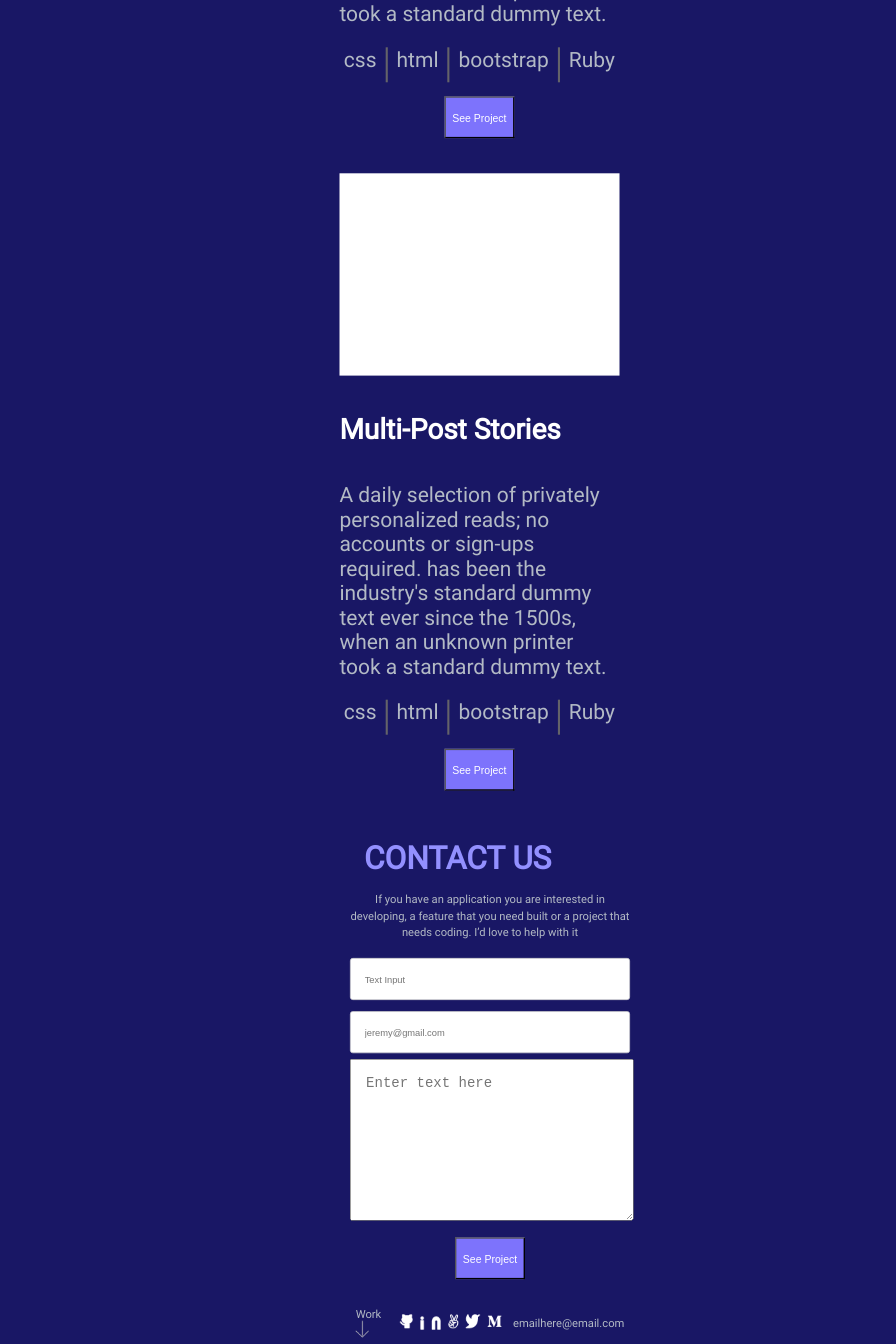
Repository: mustabbas/Portfolio
Page: index.html
These files come from the project's save history. The page is drawn as it stood at one moment and after the next save; the edit follows.
The browser window is 1280 px wide. The pictures show the part of the page from y = 3761 to 5681 px (the page is 5681 px tall), at 70% of full size.

Above is the page before, as saved 2021-08-17 21:15:11.

### index.html
<!DOCTYPE html>
<html lang="en">
<head>
    <meta charset="UTF-8">
    <meta name="viewport" content="width=device-width, initial-scale=1.0">
    <meta http-equiv="X-UA-Compatible" content="ie=edge">
    <link rel="stylesheet" href="style.css"/>
    <title>Mustafa Portfolio</title>
</head>
<body>
    <section class="container">
        <header class="header">
            <a href="#"><h2>Mustafa Abbas</h2></a>
            <nav class="humberger">
            <img  src="./assets/img/humberger.png" alt="humberger"/>
            <img  src="./assets/img/humberger.png" alt="humberger"/>
            <img  src="./assets/img/humberger.png" alt="humberger"/>
            </nav>
            <ul class="main-nav">
                <li><a href="#">Portoflio</a></li>
                <li><a href="#">About</a></li>
                <li><a href="#">Contact</a></li>
                <li ><a href="#"><img class="email-pic" src="./assets/img/Icon-Mail.png" alt="email"/></a></li >
            </ul>
        </header>
        <div class="head-wraper">
            <div class="title-wraper">
                <h1>Mustafa Abbas</h1>
                <h2>Software Developer</h2>
            </div>
        </div>
        <div class="box"><p>I can help you build a product , feature or website Look through some of my work and experience! If you like what you see and have a project you need coded,  don’t hestiate to contact me.</p></div>
        <div class="line"></div>
        <div class="skills">
        <ul>
            <li>Language</li>
            <li>Javascript</li>
            <li>Ruby</li>
            <li>Html</li>
            <li>Css</li>
        </ul>
        <ul>
            <li>Frameworks</li>
            <li>Ruby on Rails</li>
            <li>Bootstrap</li>
            <li>RSPec</li>
            <li>CapyBara</li>
        </ul>
        <ul>
            <li>Skills</li>
            <li>Codekit</li>
            <li>Github</li>
            <li>Codepen</li>
            <li>Gitlab</li>
        </ul>
      </div>
      <div class="line"></div>

    </section>
    <div class="footer-nav">
        <div class="vector-container">
            <ul>
                <li><img src="./assets/img/Vector-github.png" alt="Vector-github"/></li>
                <li>
                    <div class="linked-container">
                            <div>
                                    <img src="./assets/img/Vector-dot-linkedin.png" alt="Vector-dot-linkedin"/>
                                    <img src="./assets/img/Vector-line-linkedin.png" alt="Vector-line-linkedin"/>
                            </div>
                            <img id="vector2" src="./assets/img/Vector-n-linkedin.png" alt="Vector-n-linkedin"/>
                     </div>
                </li>
                <li> <img src="./assets/img/Vector.png" alt="Vector"/></li>
                <li><img src="./assets/img/Vector-twitter.png" alt="Vector-twitter"/></li>
                <li> <img src="./assets/img/Vector-M.png" alt="Vector-M"/></li>
            </ul>

         </div>
         <div class="work-container">
        <div class="arrow-container">
        <img src="./assets/img/Vector-line-arrow.png" alt="Vector-line-arrow"/>
        <img src="./assets/img/Vector-arrow.png" alt="Vector-arrow"/>
        </div>
        <span>Work</span>
        </div>
    </div>

    <section class="recent-work">
    <h3>My recent work</h3>
    <div class="line"></div>
    <div class="card">
       <img src="./assets/img/Placeholder.png" alt="Placeholder"/>
       <div class="card-body">
           <h4>Multi-Post Stories</h4>
           <p>A daily selection of privately personalized reads; no accounts or sign-ups required. has been the industry's standard dummy text ever since the 1500s, when an unknown printer took a standard dummy text.</p>
            <ul>
                <li>css</li>
                <li class="vertical-line"></li>
                <li>html</li>
                <li class="vertical-line"></li>
                <li>bootstrap</li>
                <li class="vertical-line"></li>
                <li>Ruby</li>
            </ul>
            <button class="button">See Project</button>
       </div>
    </div>
    <div class="card">
        <img src="./assets/img/Placeholder.png" alt="Placeholder"/>
        <div class="card-body">
            <h4>Multi-Post Stories</h4>
            <p>A daily selection of privately personalized reads; no accounts or sign-ups required. has been the industry's standard dummy text ever since the 1500s, when an unknown printer took a standard dummy text.</p>
             <ul>
                 <li>css</li>
                 <li class="vertical-line"></li>
                 <li>html</li>
                 <li class="vertical-line"></li>
                 <li>bootstrap</li>
                 <li class="vertical-line"></li>
                 <li>Ruby</li>
             </ul>
             <button class="button">See Project</button>
        </div>
     </div>
     <div class="card">
        <img src="./assets/img/Placeholder.png" alt="Placeholder"/>
        <div class="card-body">
            <h4>Multi-Post Stories</h4>
            <p>A daily selection of privately personalized reads; no accounts or sign-ups required. has been the industry's standard dummy text ever since the 1500s, when an unknown printer took a standard dummy text.</p>
             <ul>
                 <li>css</li>
                 <li class="vertical-line"></li>
                 <li>html</li>
                 <li class="vertical-line"></li>
                 <li>bootstrap</li>
                 <li class="vertical-line"></li>
                 <li>Ruby</li>
             </ul>
             <button class="button">See Project</button>
        </div>
     </div>
     <div class="card">
        <img src="./assets/img/Placeholder.png" alt="Placeholder"/>
        <div class="card-body">
            <h4>Multi-Post Stories</h4>
            <p>A daily selection of privately personalized reads; no accounts or sign-ups required. has been the industry's standard dummy text ever since the 1500s, when an unknown printer took a standard dummy text.</p>
             <ul>
                 <li>css</li>
                 <li class="vertical-line"></li>
                 <li>html</li>
                 <li class="vertical-line"></li>
                 <li>bootstrap</li>
                 <li class="vertical-line"></li>
                 <li>Ruby</li>
             </ul>
             <button class="button">See Project</button>
        </div>
     </div>
    </section>

    <section class="card-container">
        <div class="card">
        <div class="card-body">
        <h3>CONTACT US</h3>
        <p id="contact-p">If you have an application you are interested in developing, a feature that you need built or a project that needs coding. I’d love to help with it </p>
        <form>
        <input type="text" placeholder="Text Input" maxlength="30" required/>
        <input type="email" placeholder="jeremy@gmail.com" required/>
        <textarea rows="15" cols="48" placeholder="Enter text here" maxlength="500" required></textarea>
        <button class="button btn">See Project</button>
        </form>
        </div>
        <div class="footer-nav">
            <div class="work-container upper">
            <span>Work</span>
            <div class="arrow-container">
            <img src="./assets/img/Vector-line-arrow.png" alt="Vector-line-arrow"/>
            <img src="./assets/img/Vector-arrow.png" alt="Vector-arrow"/>
             </div>
            </div>
            <div class="vector-container">
                <ul>
                    <li><img src="./assets/img/Vector-github.png" alt="Vector-github"/></li>
                    <li>
                        <div class="linked-container">
                            <div>
                                <img src="./assets/img/Vector-dot-linkedin.png" alt="Vector-dot-linkedin"/>
                                <img src="./assets/img/Vector-line-linkedin.png" alt="Vector-line-linkedin"/>
                          </div>
                                <img src="./assets/img/Vector-n-linkedin.png" alt="Vector-n-linkedin"/>
                         </div>
                    </li>
                    <li> <img src="./assets/img/Vector.png" alt="Vector"/></li>
                    <li><img src="./assets/img/Vector-twitter.png" alt="Vector-twitter"/></li>
                    <li> <img src="./assets/img/Vector-M.png" alt="Vector-M"/></li>
                </ul>

             </div>
            <span>emailhere@email.com</span>
        </div>
    </div>
    </section>


</body>
</html>

### style.css
@font-face {
  font-family: 'roboto';
  src: url(assets/font/Roboto/Roboto-Regular.ttf);
}

body {
  background-color: #191765;
  font-family: 'roboto', sans-serif;
}

ul {
  margin: 0;
  padding: 0;
  list-style: none;
}

h1 {
  color: #9390ff;
}

p,
h2,
td,
li,
a,
span {
  color: #b3bac5;
}

.header {
  display: flex;
  justify-content: space-around;
  align-items: center;
}

.header a {
  text-decoration: none;
}

.main-nav {
  display: flex;
}

.main-nav a {
  display: block;
  padding: 1em;
  text-decoration: none;
}

.head-wraper {
  display: flex;
  justify-content: center;
  align-items: center;
  background-image: url("./assets/img/circle1header.svg");
  background-repeat: no-repeat;
  background-position: -160px -50px;
}

.title-wraper {
  flex-direction: column;
  justify-content: center;
}

.title-wraper h1 {
  font-size: 3rem;
}

.title-wraper h2 {
  font-size: 2rem;
  margin-top: 0;
}

.container {
  display: flex;
  flex-direction: column;
  justify-content: center;
  align-items: center;
  width: 500px;
}

.box {
  min-width: 450px;
  width: 33.333%;
  margin: 50px;
}

.box p {
  font-size: 20px;
  font-weight: 300;
  text-align: center;
  color: #b3bac5;
}

.line {
  min-width: 450px;
  width: 33.333%;
  border-bottom: 1px solid #646369;
}

.skills {
  display: flex;
  justify-content: space-between;
  flex-wrap: wrap;
  width: 500px;
  background-image: url("./assets/img/circle1header.svg");
  background-repeat: no-repeat;
  background-position: 400px 10px;
}

.skills ul {
  width: 40%;
  margin-top: 20px;
  margin-left: 40px;
}

.skills li {
  margin: 20px;
}

.skills ul li:first-child {
  color: #9390ff;
}

.email-pic {
  color: #b3bac5;
}

.footer-nav {
  display: flex;
  justify-content: space-around;
  align-items: center;
  margin-top: 40px;
}

.work-container .work-container2 {
  display: flex;
  justify-content: space-around;
}

.vector-container ul {
  display: flex;
  justify-content: center;
  align-items: center;
}

.vector-container img {
  margin-left: 10px;
}

.arrow-container {
  display: flex;
  flex-direction: column;
  align-items: flex-start;
  margin-right: 10px;
}

.arrow-container img:first-child {
  margin-left: 9px;
}

.arrow-container img:last-child {
  margin-top: -8px;
}

.linked-container {
  display: flex;
}

.linked-container div {
  display: flex;
  flex-direction: column;
}

#vector2 {
  margin-left: auto;
}

h3 {
  font-size: 45px;
  color: #9390ff;
  margin: 20px;
  text-transform: uppercase;
  margin-left: 150px;
}

.recent-work {
  display: grid;
  grid-template-columns: auto;
  grid-template-rows: auto;
  justify-content: center;
}

.card-container {
  display: grid;
  grid-template-columns: auto;
  grid-template-rows: auto;
  justify-content: center;
}

.card {
  display: flex;
  flex-direction: column;
  width: 400px;
  margin-left: 120px;
  margin-top: 50px;
}

.card-body h4 {
  font-size: 40px;
  color: #fff;
}

.card-body p {
  font-size: 30px;
  text-align: left;
}

.card-body h3 {
  font-size: 45px;
  color: #9390ff;
  margin: 20px;
  text-transform: uppercase;
}

.card-body ul {
  display: flex;
  justify-content: space-around;
  font-size: 30px;
  text-align: left;
}

.center-text {
  text-align: center;
}

#contact-p {
  font-size: 16px;
  line-height: 24px;
  text-align: center;
}

.vertical-line {
  height: 50px;
  border-right: 3px solid #646369;
}

.button {
  background-color: #7d73fc;
  width: 100px;
  height: 60px;
  color: #fff;
  font-size: 15px;
  margin-top: 20px;
  margin-left: 150px;
}

.button:hover {
  box-shadow: 0 8px 16px rgba(125, 115, 252, 0.48);
}

input {
  width: 100%;
  height: 60px;
  padding: 12px 20px;
  margin: 8px 0;
  display: inline-block;
  border: 1px solid #ccc;
  border-radius: 4px;
  box-sizing: border-box;
}

textarea::placeholder {
  font-size: 20px;
  padding: 20px;
}

@media only screen and (max-width: 500px) {
  .header {
    width: 500px;
    justify-content: space-around;
  }

  .header ul {
    display: none;
  }

  .main-nav {
    flex-direction: column;
  }

  .head-wraper {
    width: 500px;
  }

  .head-wraper img {
    margin-left: -200px;
  }

  .right {
    margin-right: -100px;
  }

  .container img {
    margin-right: -500px;
  }

  .humberger {
    display: flex;
    flex-direction: column;
    justify-content: space-between;
  }

  .humberger img {
    width: 33.33px;
    height: 3px;
    margin: 5px;
    background-color: #b3bac5;
  }

  .footer-nav {
    width: 500px;
    flex-direction: column;
  }

  .upper {
    display: none !important;
  }

  .work-container {
    display: flex;
    margin-top: 30px;
  }
}

After the next save:
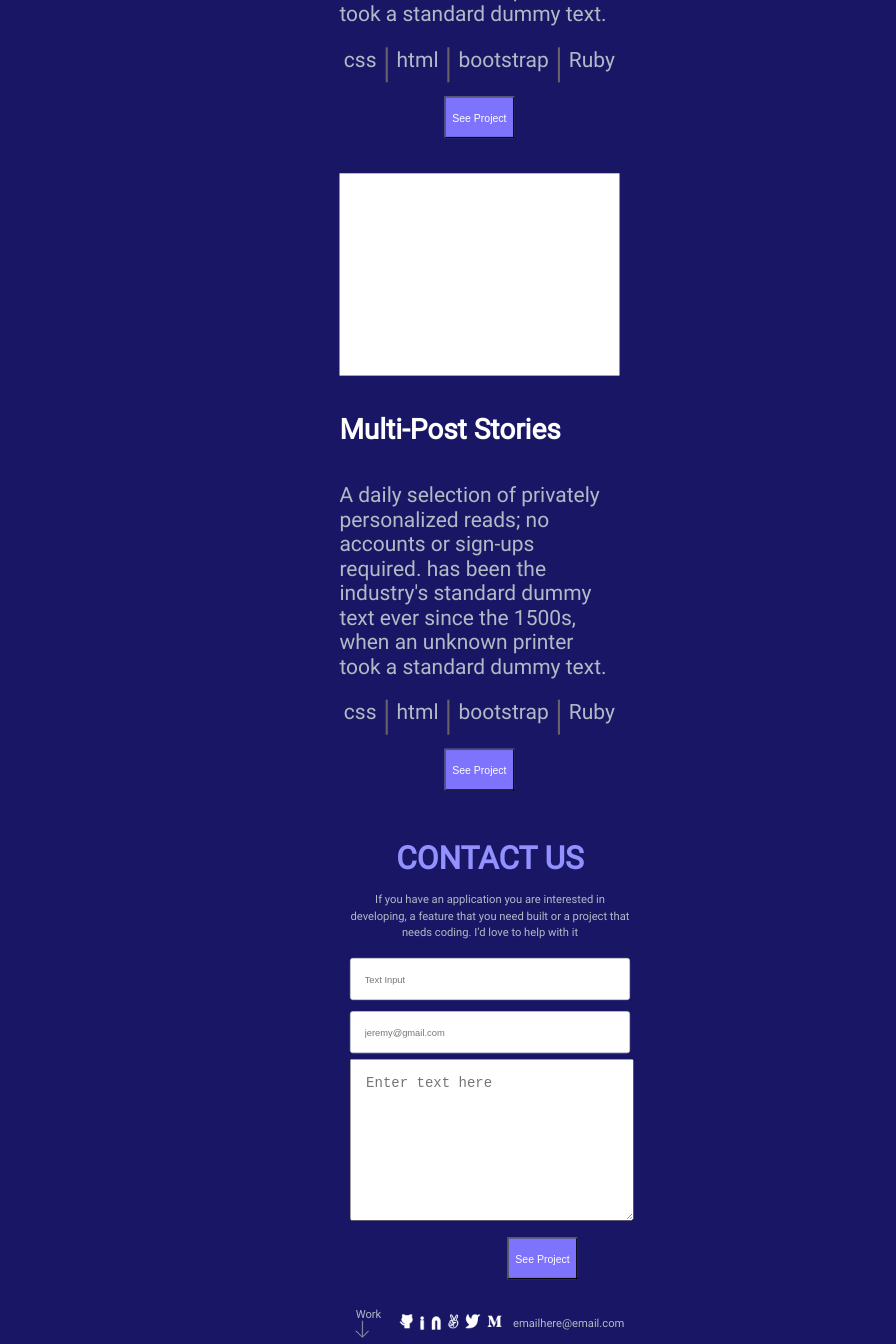
Saved 9 s later.
--- a/index.html
+++ b/index.html
@@ -160,7 +160,7 @@
 
     <section class="card-container">
         <div class="card">
-        <div class="card-body">
+        <div class="card-body center-text">
         <h3>CONTACT US</h3>
         <p id="contact-p">If you have an application you are interested in developing, a feature that you need built or a project that needs coding. I’d love to help with it </p>
         <form>
